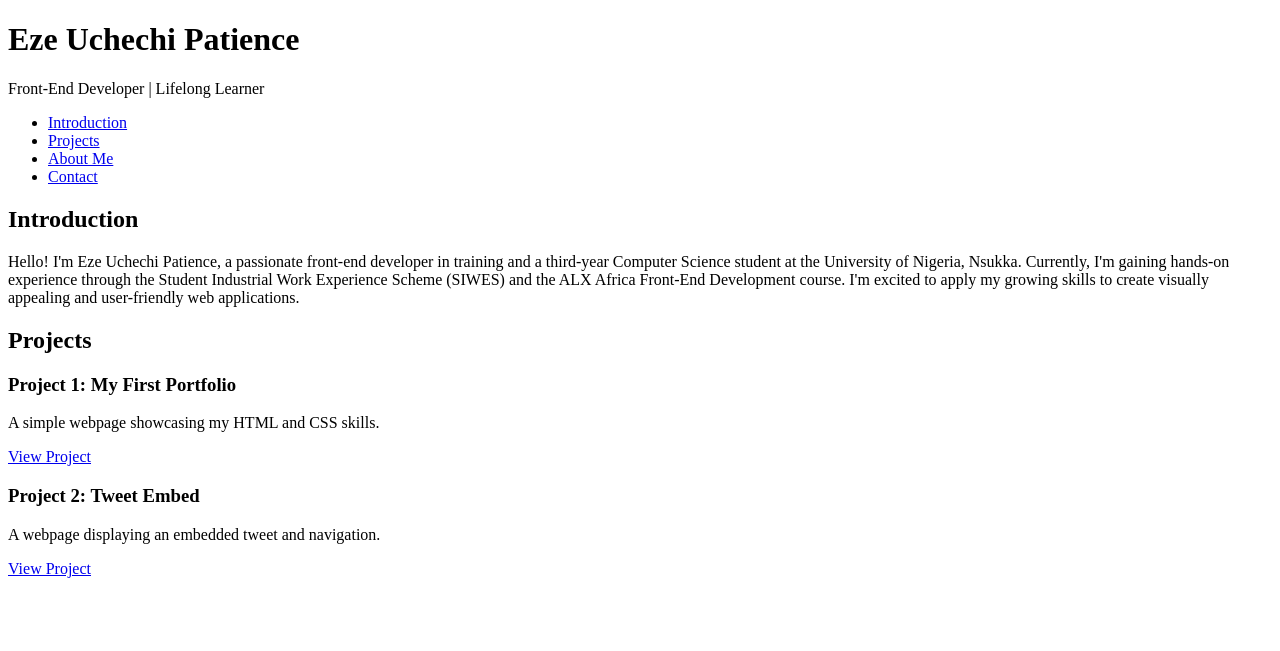
Repository: Patience225/My_First_Portfolio
Page: Portfolio/index.html
An editor plug-in stored every save of this project. The page is shown before and after the next save, followed by the edit.
The browser window is 1280 px wide. The pictures show the whole page.

Above is the page before, as saved 2024-12-16 13:18:51.

After the next save:
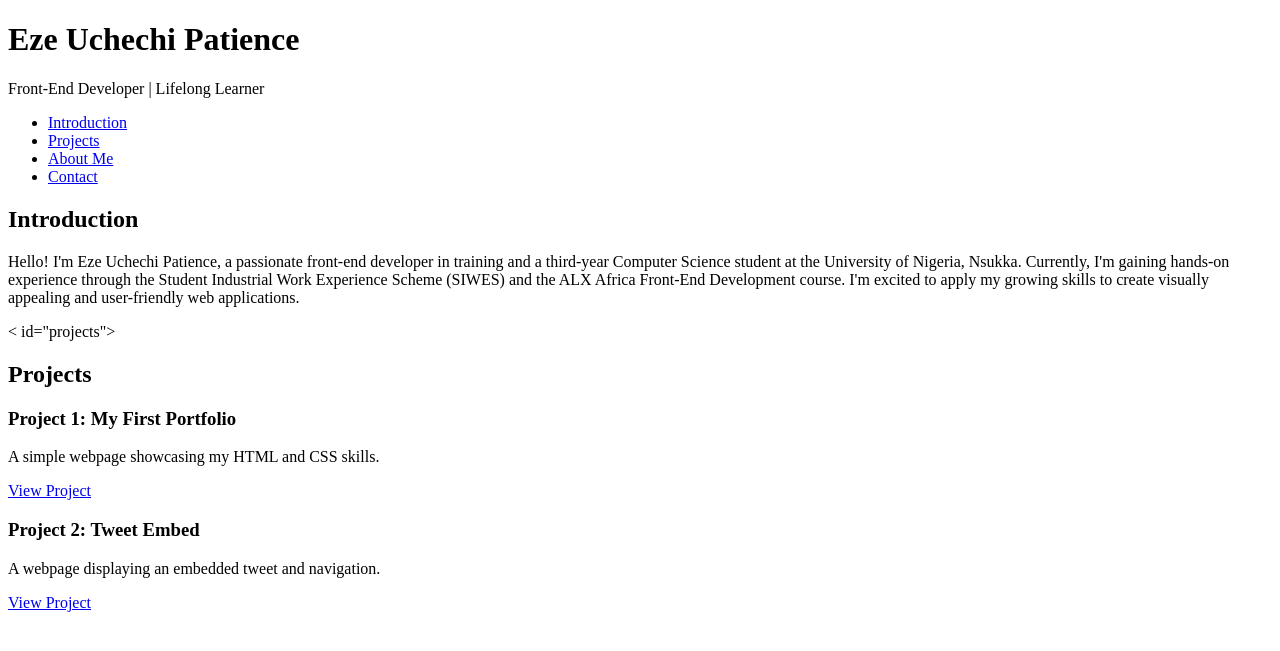
Saved 7 s later.
--- a/Portfolio/index.html
+++ b/Portfolio/index.html
@@ -22,7 +22,7 @@
     <p>Hello! I'm Eze Uchechi Patience, a passionate front-end developer in training and a third-year Computer Science student at the University of Nigeria, Nsukka. Currently, I'm gaining hands-on experience through the Student Industrial Work Experience Scheme (SIWES) and the ALX Africa Front-End Development course. I'm excited to apply my growing skills to create visually appealing and user-friendly web applications.</p>
     </section>
     <section id="projects">
-      <section id="projects">
+      < id="projects">
         <h2>Projects</h2>
         <article class="project">
             <h3>Project 1: My First Portfolio</h3>
@@ -35,8 +35,6 @@
             <a href="https://github.com/YourGitHubUsername/My_First_Portfolio" target="_blank">View Project</a>
         </article>
     </section>
-
-    </section>
     <section id="about"></section>
     <section id="contact"></section>
     <footer>

After the 2 saves that followed:
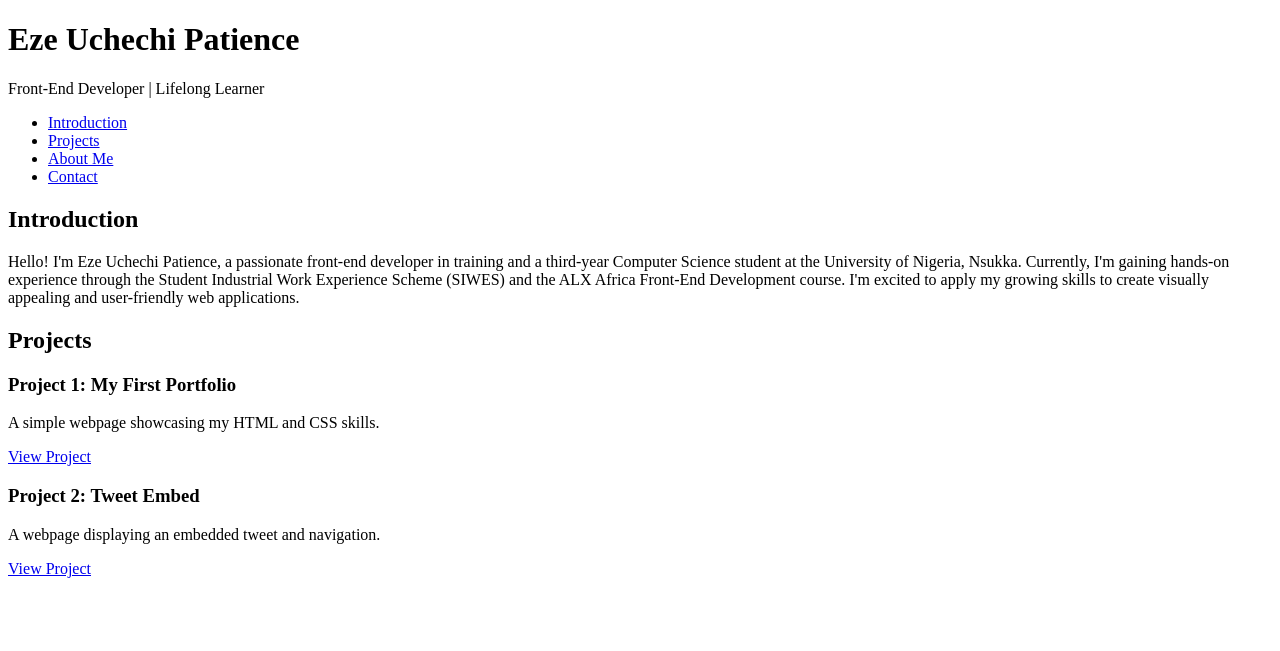
The 2 saves are shown as one change because they came seconds apart.
The last was saved 10 min 40 s later.
--- a/Portfolio/index.html
+++ b/Portfolio/index.html
@@ -22,7 +22,6 @@
     <p>Hello! I'm Eze Uchechi Patience, a passionate front-end developer in training and a third-year Computer Science student at the University of Nigeria, Nsukka. Currently, I'm gaining hands-on experience through the Student Industrial Work Experience Scheme (SIWES) and the ALX Africa Front-End Development course. I'm excited to apply my growing skills to create visually appealing and user-friendly web applications.</p>
     </section>
     <section id="projects">
-      < id="projects">
         <h2>Projects</h2>
         <article class="project">
             <h3>Project 1: My First Portfolio</h3>
